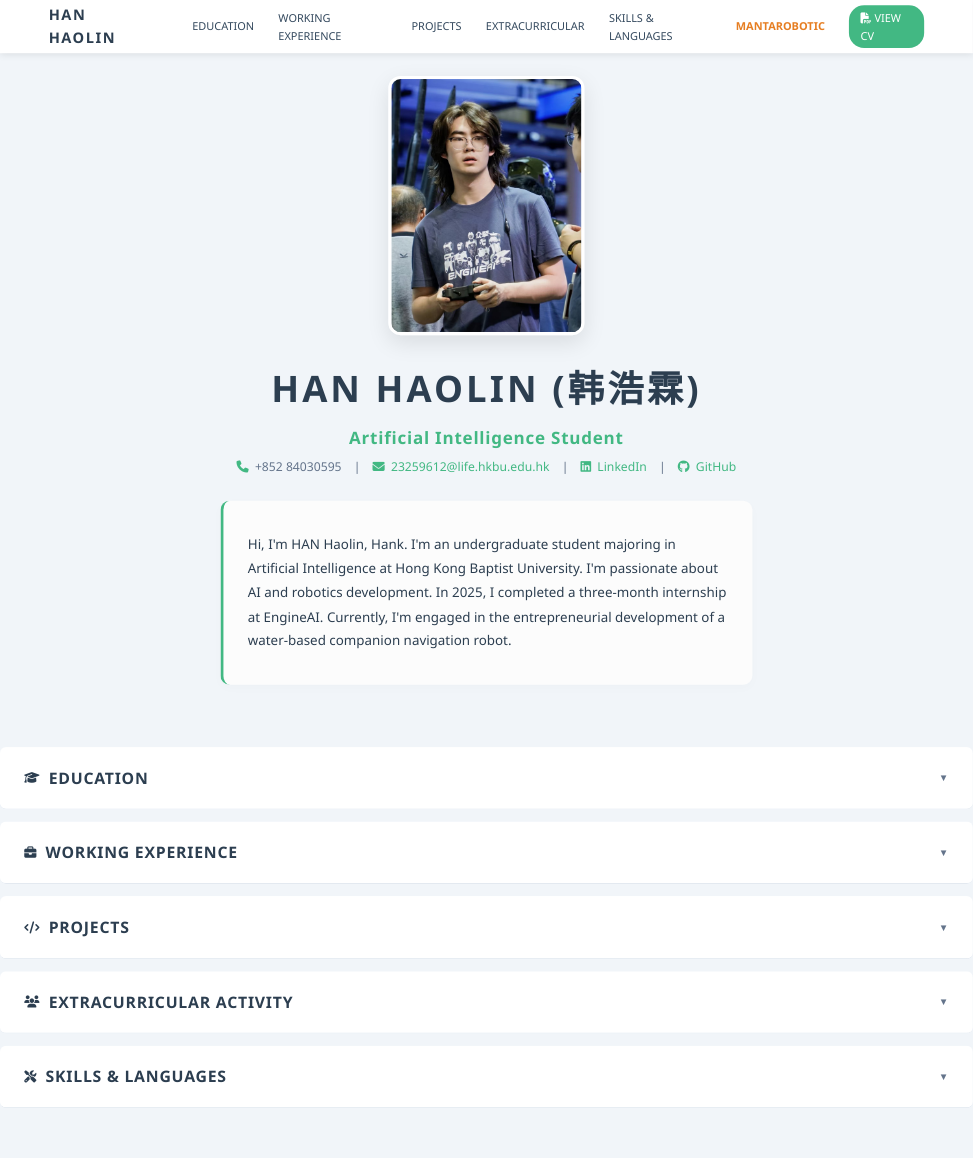
Repository: hhl2802149944-afk/hhl2802149944-afk.github.io
Page: /
The author's editor kept a copy of each file at every save. The page is drawn from the files as they stood at one save, then again after the next save.
The browser window is 1280 px wide. The pictures show the whole page, at 76% of full size.
The project was rebuilt for these pictures with package versions that can differ from the ones it lists, and the page was loaded fresh each time. Also part of the build but not shown: vite.config.js, src/components/ProjectCard.vue, src/views/MantaRoboticView.vue.

Above is the page before, as saved 2026-01-22 11:29:43.

After the next save:
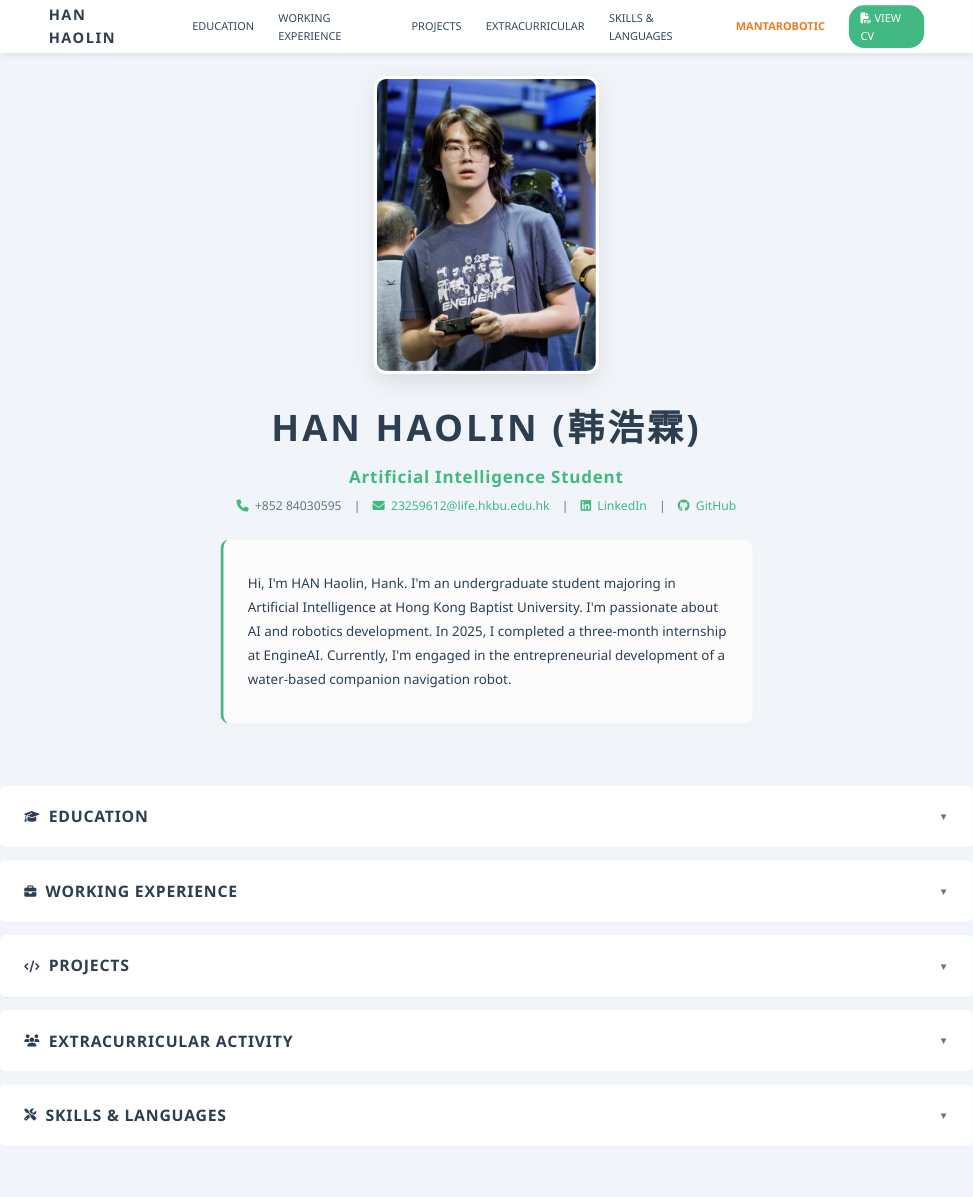
Saved 4 s later.
--- a/src/components/ResumeHeader.vue
+++ b/src/components/ResumeHeader.vue
@@ -95,8 +95,8 @@ h1 {
 }
 
 .profile-pic-container {
-  width: 250px;
-  height: 333px;
+  width: 288px; /* 240 * 1.2 */
+  height: 384px; /* 320 * 1.2 */
   border-radius: 16px;
   overflow: hidden;
   box-shadow: 0 10px 30px rgba(0,0,0,0.1);
